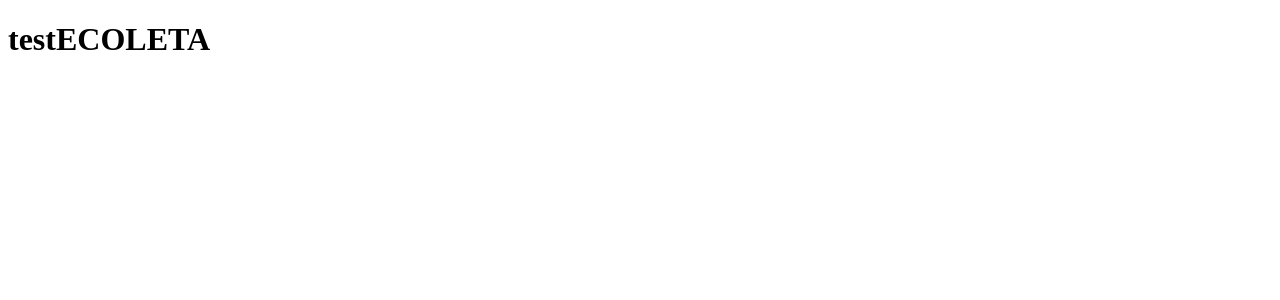
Repository: DavidSamerson/NLW_treinamento_2020
Page: / (app in webapp/)
An editor plug-in stored every save of this project. The page is shown before and after the next save, followed by the edit.
The browser window is 1280 px wide. The pictures show the whole page.
The project was rebuilt for these pictures with package versions that can differ from the ones it lists, and the page was loaded fresh each time. Also part of the build but not shown: webapp/src/App.css.

Above is the page before, as saved 2020-06-12 20:47:45.

After the next save:
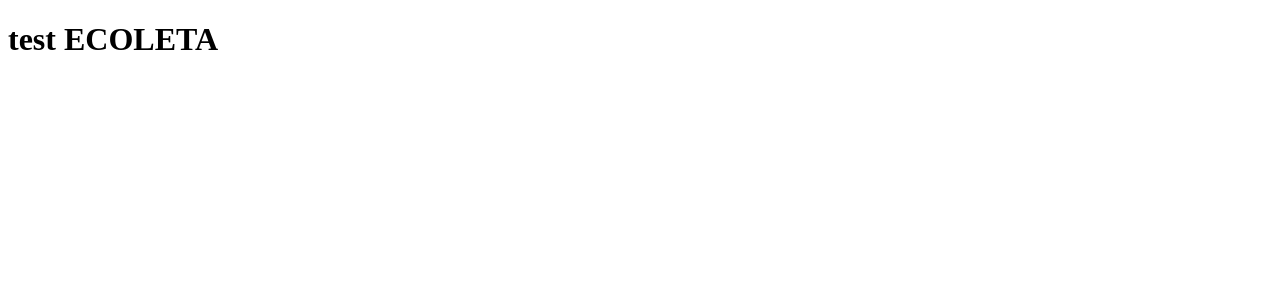
Saved 6 s later.
--- a/webapp/src/header.tsx
+++ b/webapp/src/header.tsx
@@ -8,7 +8,7 @@ interface HeaderProps {
 const Header : React.FC<HeaderProps> = (props) => {
     return (
         <div>
-            <h1>{props.title}ECOLETA</h1>
+            <h1>{props.title} ECOLETA</h1>
         </div>
     );
 }
